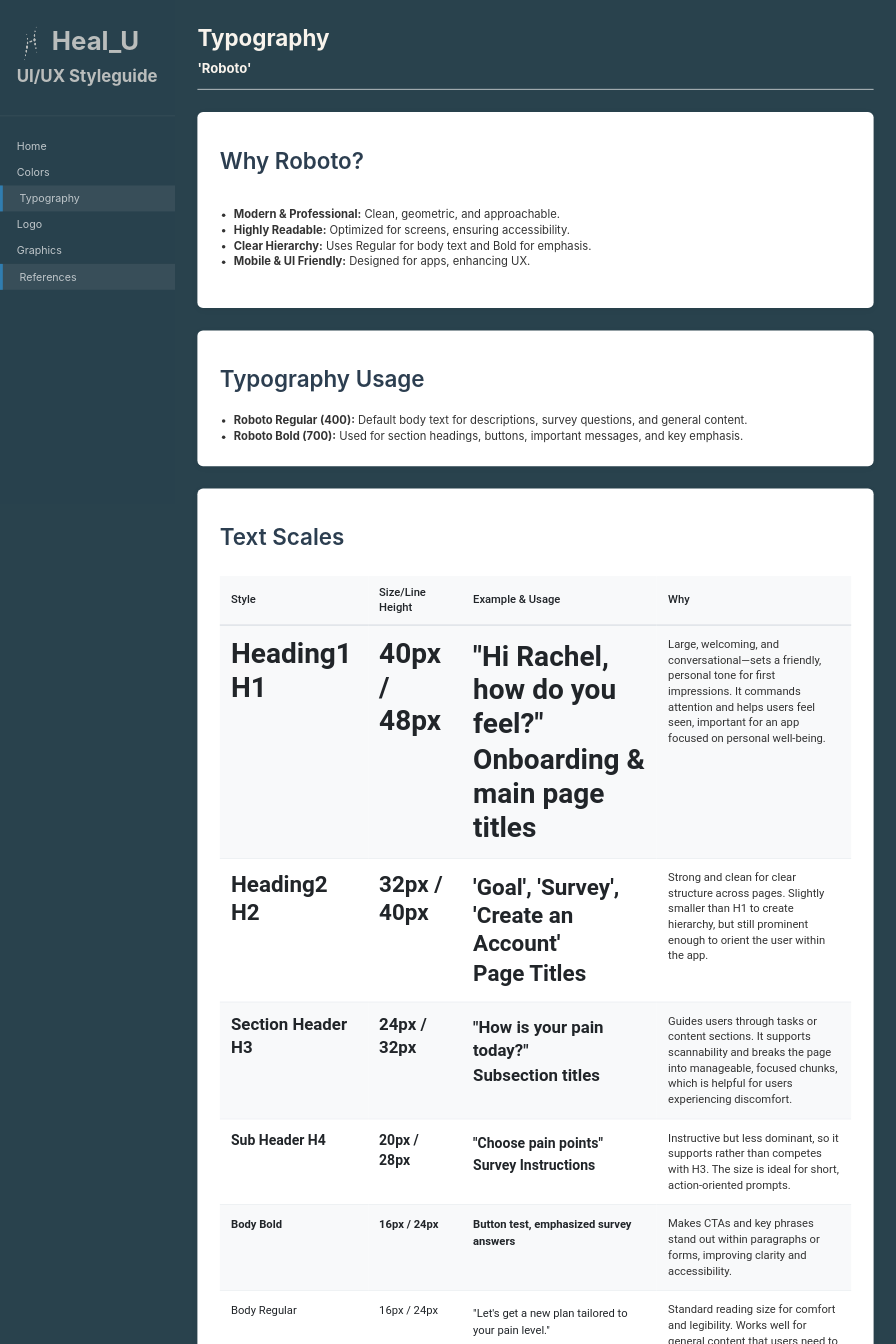
Repository: rosielee09/Heal_U
Page: typography.html
An editor plug-in stored every save of this project. The page is shown before and after the next save, followed by the edit.
The browser window is 1280 px wide. The pictures show the part of the page from y = 0 to 1920 px (the page is 2585 px tall), at 70% of full size.

Above is the page before, as saved 2025-04-06 12:51:03.

After the next save:
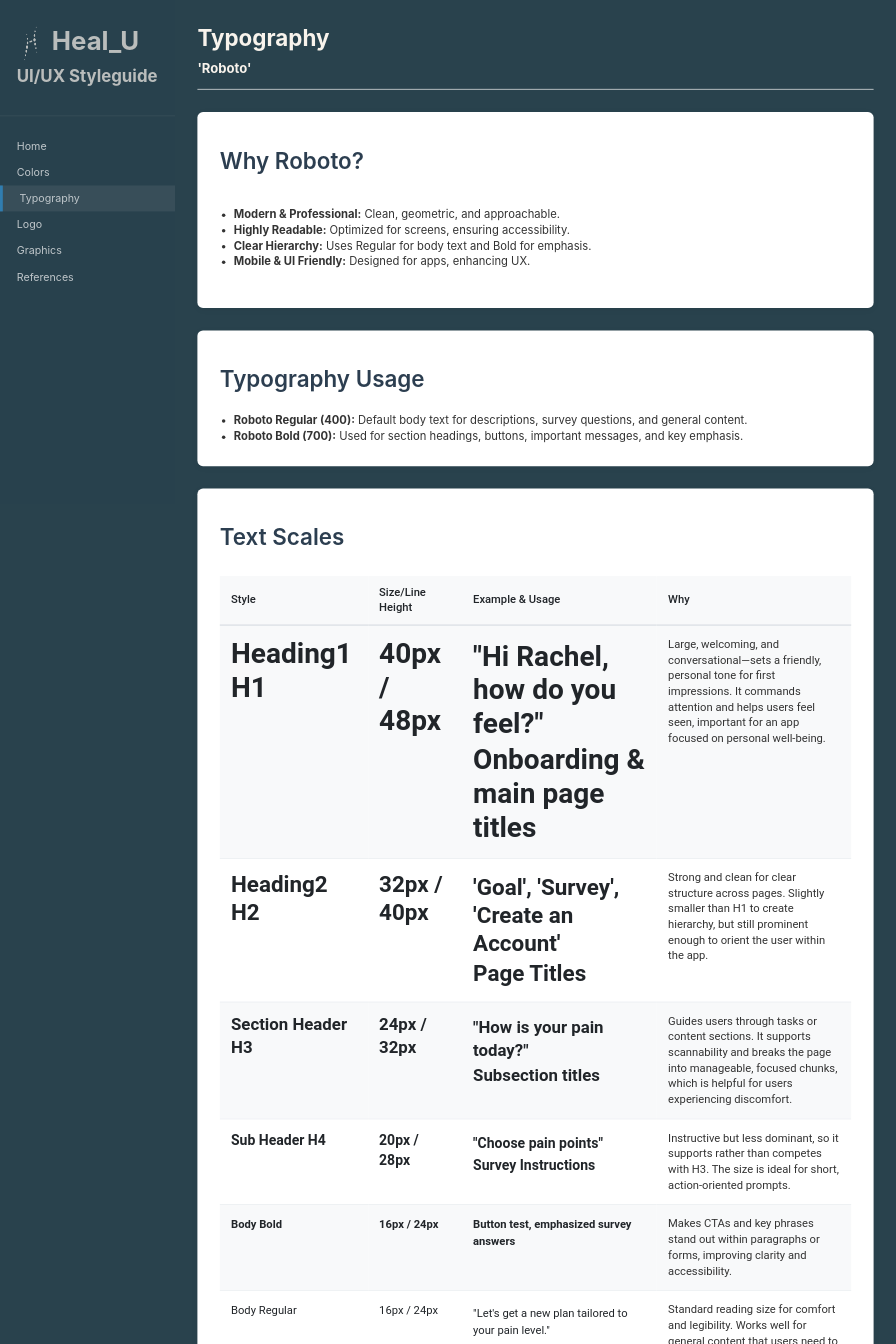
Saved 42 s later.
--- a/typography.html
+++ b/typography.html
@@ -29,7 +29,7 @@
                 <li class="active"><a href="typography.html">Typography</a></li>
                 <li><a href="logo.html">Logo</a></li>
                 <li><a href="graphics.html">Graphics</a></li>
-                <li class="active"><a href="references.html">References</a></li>
+                <li><a href="references.html">References</a></li>
             </ul>
         </div>
 
